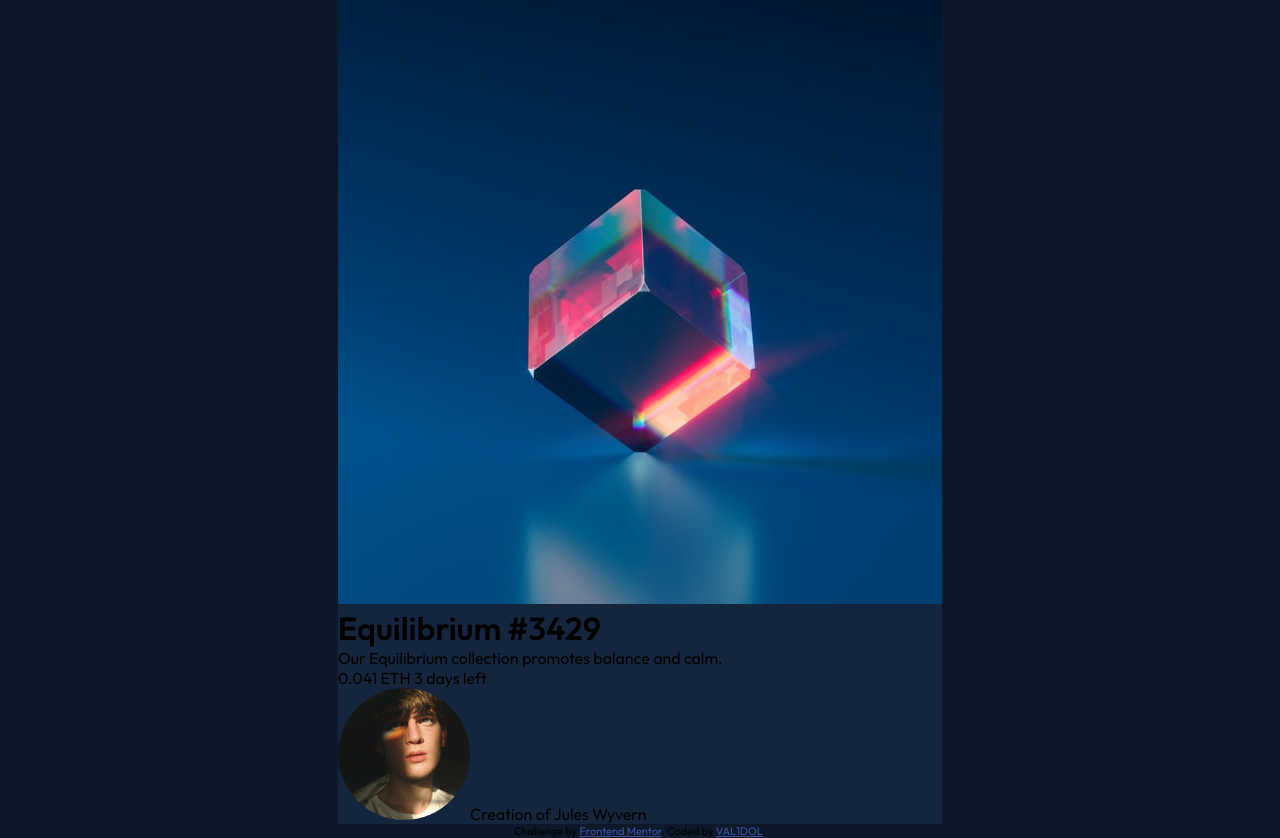
Repository: VAL1DOL-web/fm-NFT-preview-card-component
Page: index.html
The author's editor kept a copy of each file at every save. The page is drawn from the files as they stood at one save, then again after the next save.
The browser window is 1280 px wide. The pictures show the whole page.

Above is the page before, as saved 2024-01-07 15:04:54.

After the next save:
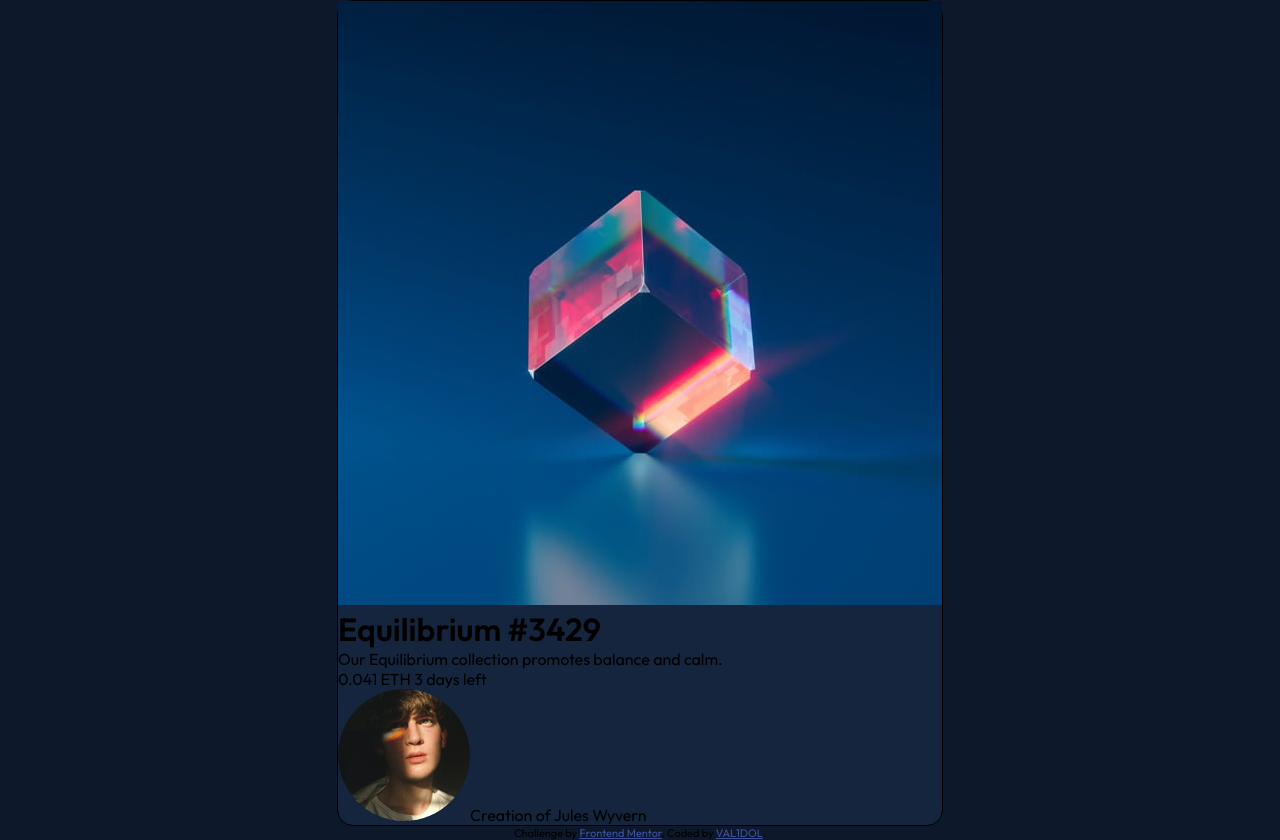
Saved 33 s later.
--- a/style.css
+++ b/style.css
@@ -17,5 +17,8 @@
     background: hsl(217, 54%, 11%);
   }
   .container {
+
     background-color: hsl(216, 50%, 16%);
+    border-radius: 16px;
+    border: 1px solid;
   }
